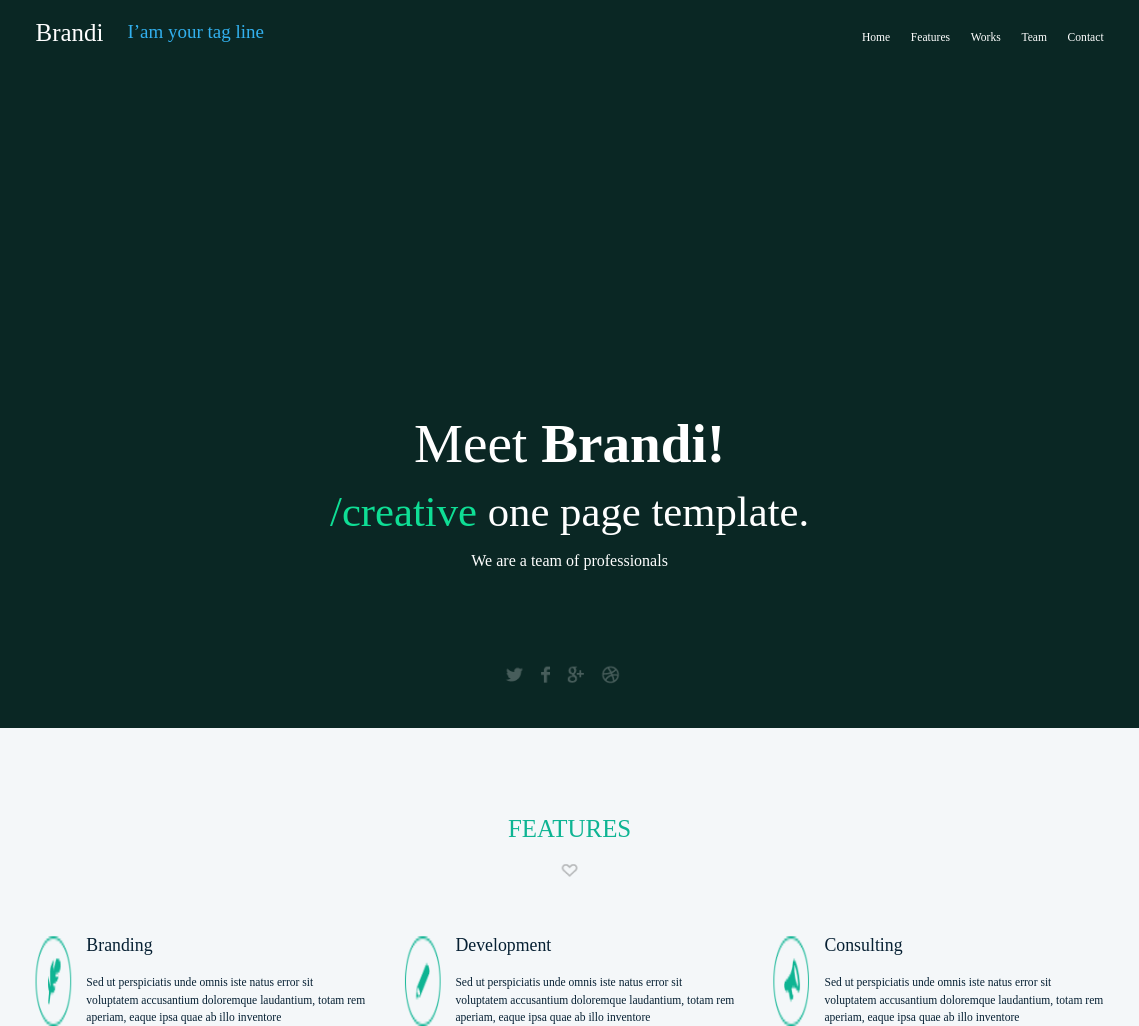
Repository: iravakilova/Brandi
Page: app/index.html
An editor plug-in stored every save of this project. The page is shown before and after the next save, followed by the edit.
The browser window is 1280 px wide. The pictures show the whole page, at 89% of full size.

Above is the page before, as saved 2020-02-14 22:42:28.

After the next save:
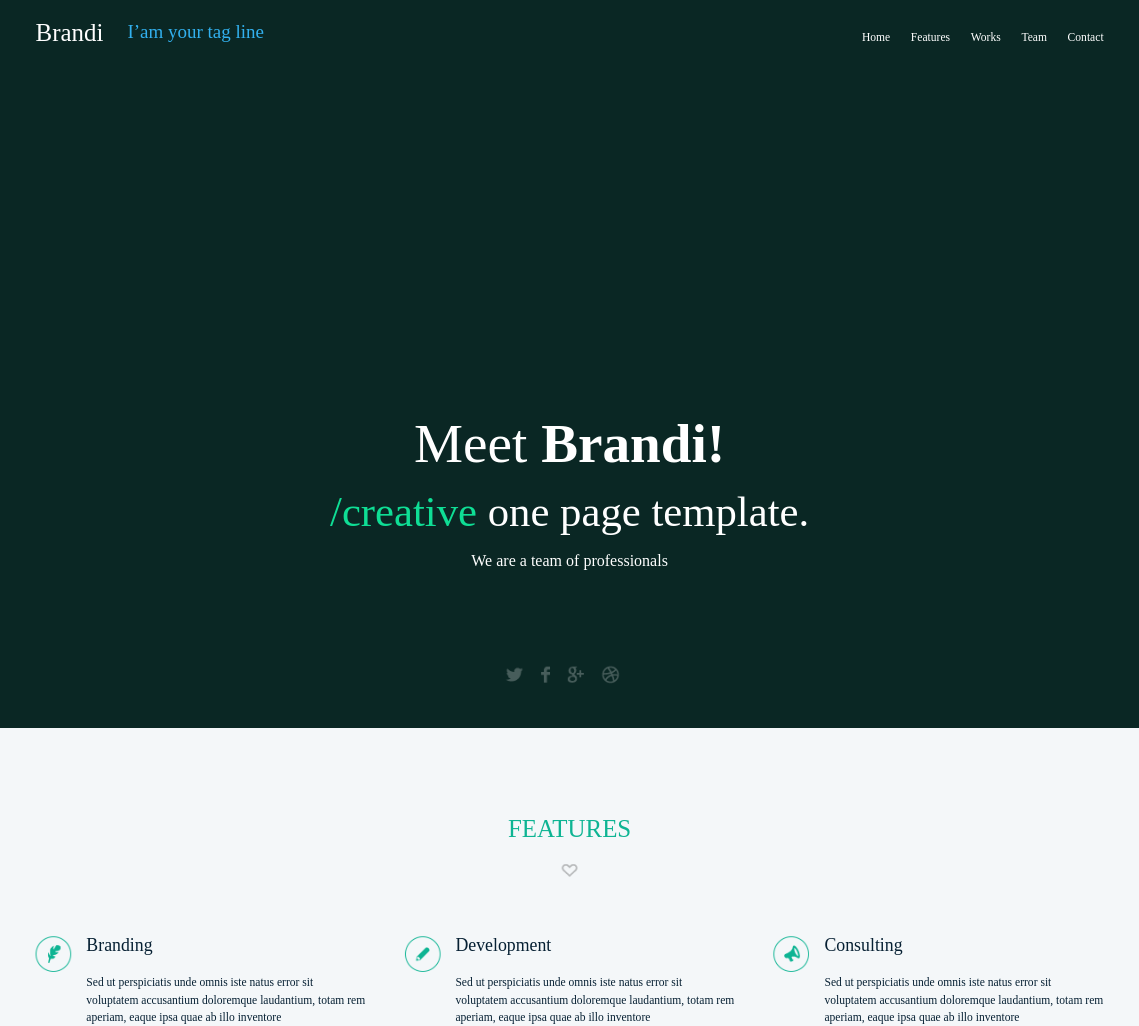
Saved 33 s later.
--- a/app/style.css
+++ b/app/style.css
@@ -112,6 +112,8 @@
 }
 .features__image{
     display: block;
+    width: 40px;
+    height: 40px;
     margin-right: 17px;
 }
 .features__title{
